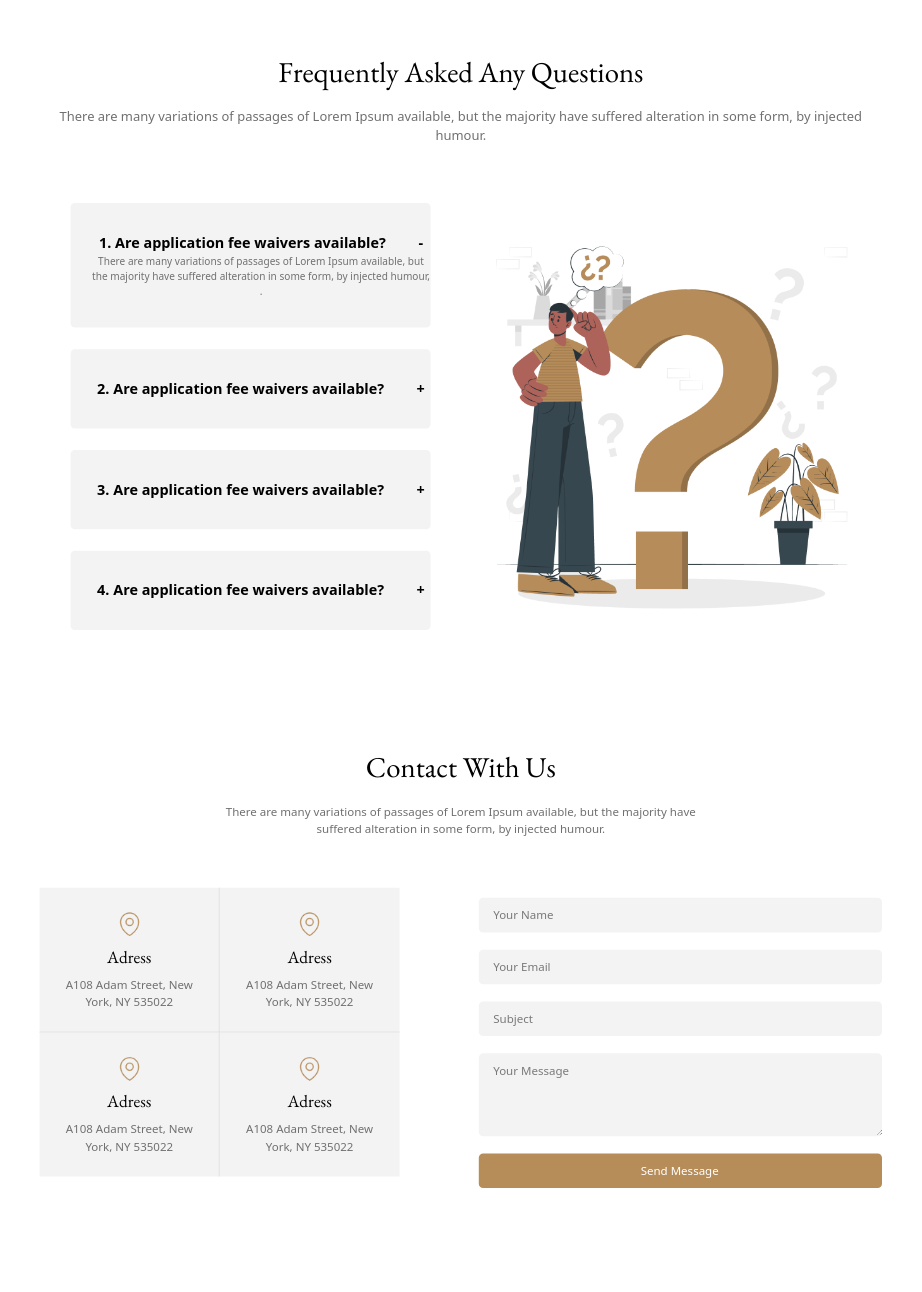
Repository: nahid-hasann/website-6
Page: index.html
The author's editor kept a copy of each file at every save. The page is drawn from the files as they stood at one save, then again after the next save.
The browser window is 1280 px wide. The pictures show the whole page, at 72% of full size.

Above is the page before, as saved 2025-07-22 14:25:15.

After the next save:
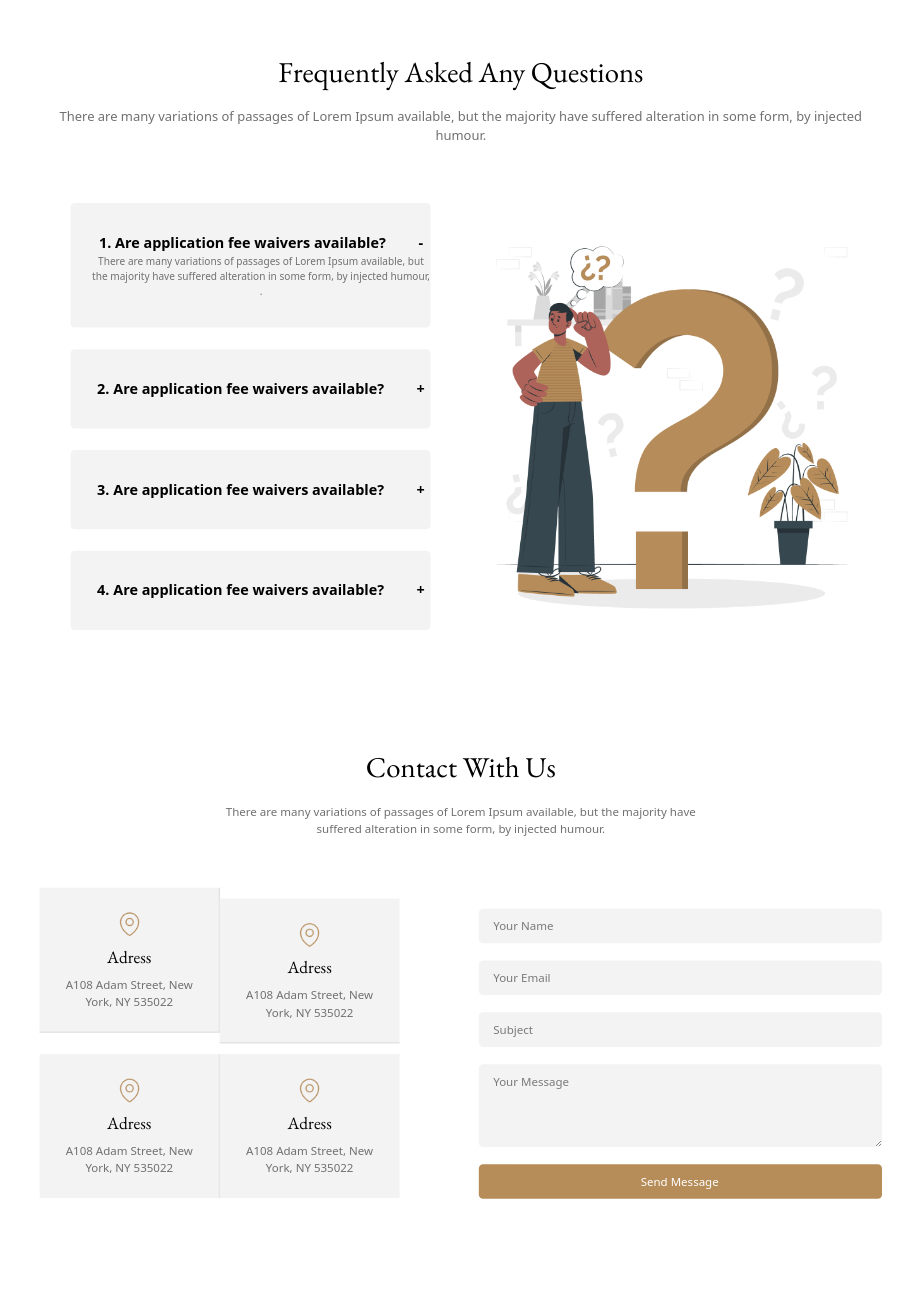
Saved 2 min 9 s later.
--- a/index.html
+++ b/index.html
@@ -131,7 +131,7 @@
 
             <div class="contact lg:grid lg:grid-cols-2 lg:justify-center lg:items-center  lg:gap-x-[50px] sm:flex sm:flex-col sm:justify-center sm:items-center mt-[70px]">
                  <div class="contact-info lg:grid lg:grid-cols-2 sm:w-[500px] sm:flex sm:mb-[30px] sm:justify-center sm:items-center sm:flex-col">
-                <div class="bg-[#f3f3f3] p-[30px] flex flex-col justify-center items-center text-center lg:border-b lg:border-r lg:border-[#CFCFCF]">
+                <div class="bg-[#f3f3f3] sm:mb-[30px] p-[30px] flex flex-col justify-center items-center text-center lg:border-b lg:border-r lg:border-[#CFCFCF]">
                     <img class="mx-auto" src="images/location.png" alt="">
                     <h1 class="eb-garamond-ok text-[24px] my-[8px]">Adress</h1>
                     <p class="text-[#707070]">A108 Adam Street, New York, NY 535022</p>

After the save that followed:
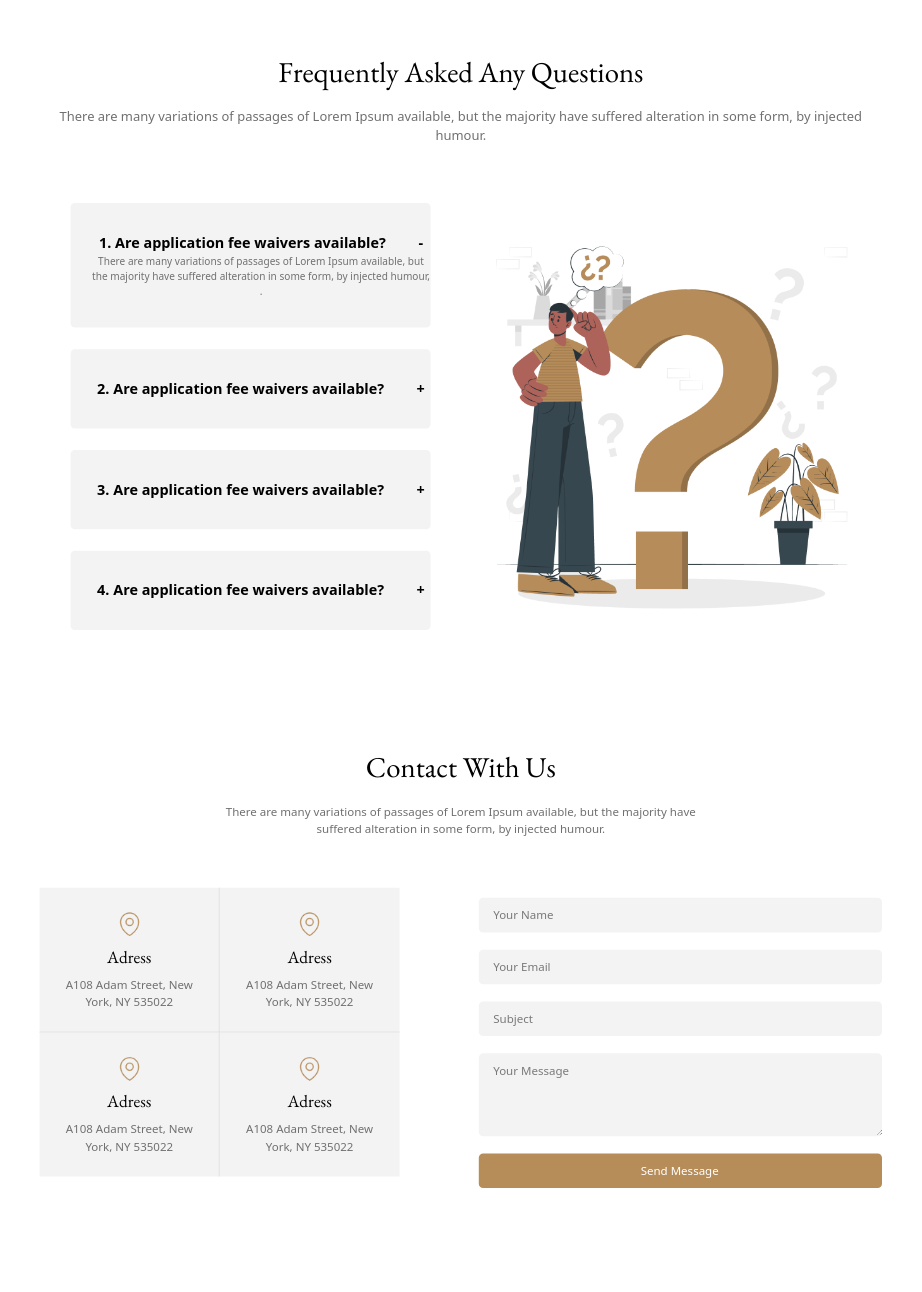
Saved 15 s later.
--- a/index.html
+++ b/index.html
@@ -131,7 +131,7 @@
 
             <div class="contact lg:grid lg:grid-cols-2 lg:justify-center lg:items-center  lg:gap-x-[50px] sm:flex sm:flex-col sm:justify-center sm:items-center mt-[70px]">
                  <div class="contact-info lg:grid lg:grid-cols-2 sm:w-[500px] sm:flex sm:mb-[30px] sm:justify-center sm:items-center sm:flex-col">
-                <div class="bg-[#f3f3f3] sm:mb-[30px] p-[30px] flex flex-col justify-center items-center text-center lg:border-b lg:border-r lg:border-[#CFCFCF]">
+                <div class="bg-[#f3f3f3] sm:mb-[30px] lg:mb-0 p-[30px] flex flex-col justify-center items-center text-center lg:border-b lg:border-r lg:border-[#CFCFCF]">
                     <img class="mx-auto" src="images/location.png" alt="">
                     <h1 class="eb-garamond-ok text-[24px] my-[8px]">Adress</h1>
                     <p class="text-[#707070]">A108 Adam Street, New York, NY 535022</p>
